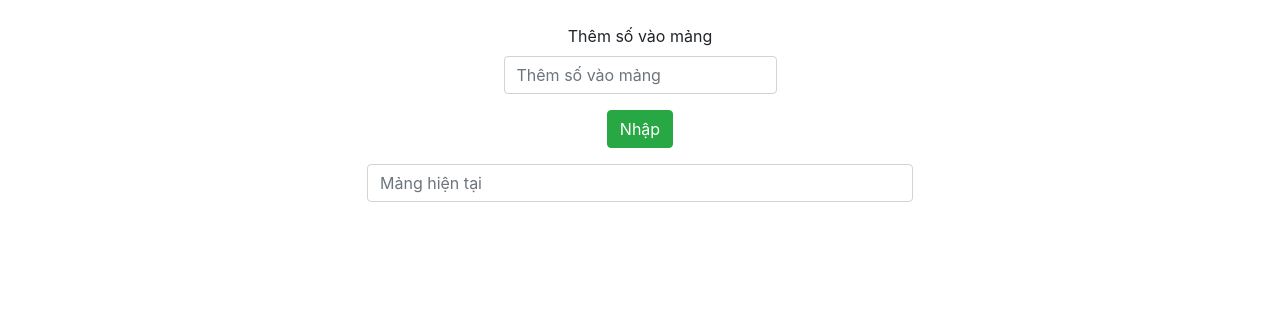
Repository: baobaodeveloper/bootcamp21__array__HuynhAnhBao
Page: index.html
These files come from the project's save history. The page is drawn as it stood at one moment and after the next save; the edit follows.
The browser window is 1280 px wide. The pictures show the whole page.

Above is the page before, as saved 2022-03-20 16:57:10.

After the next save:
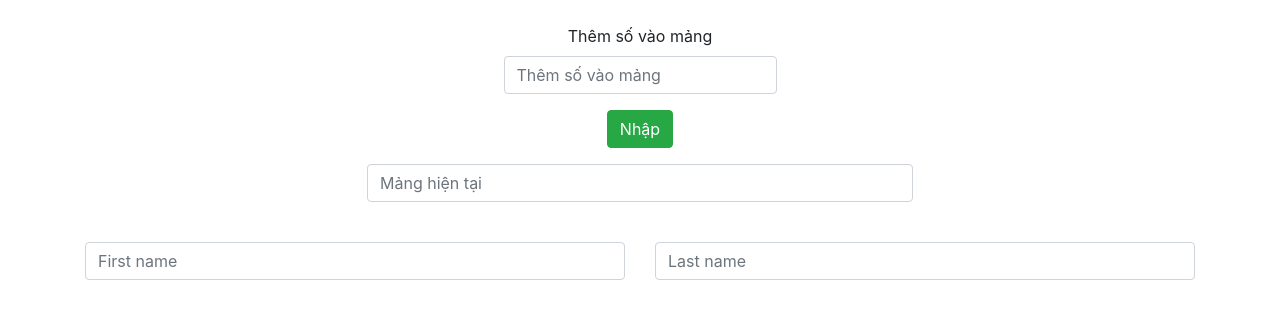
Saved 39 s later.
--- a/index.html
+++ b/index.html
@@ -43,6 +43,27 @@
         />
       </div>
     </div>
+
+    <div class="container">
+      <div class="row">
+        <div class="col">
+          <input
+            type="text"
+            class="form-control"
+            placeholder="First name"
+            aria-label="First name"
+          />
+        </div>
+        <div class="col">
+          <input
+            type="text"
+            class="form-control"
+            placeholder="Last name"
+            aria-label="Last name"
+          />
+        </div>
+      </div>
+    </div>
     <!-- Optional JavaScript -->
     <!-- jQuery first, then Popper.js, then Bootstrap JS -->
     <script
